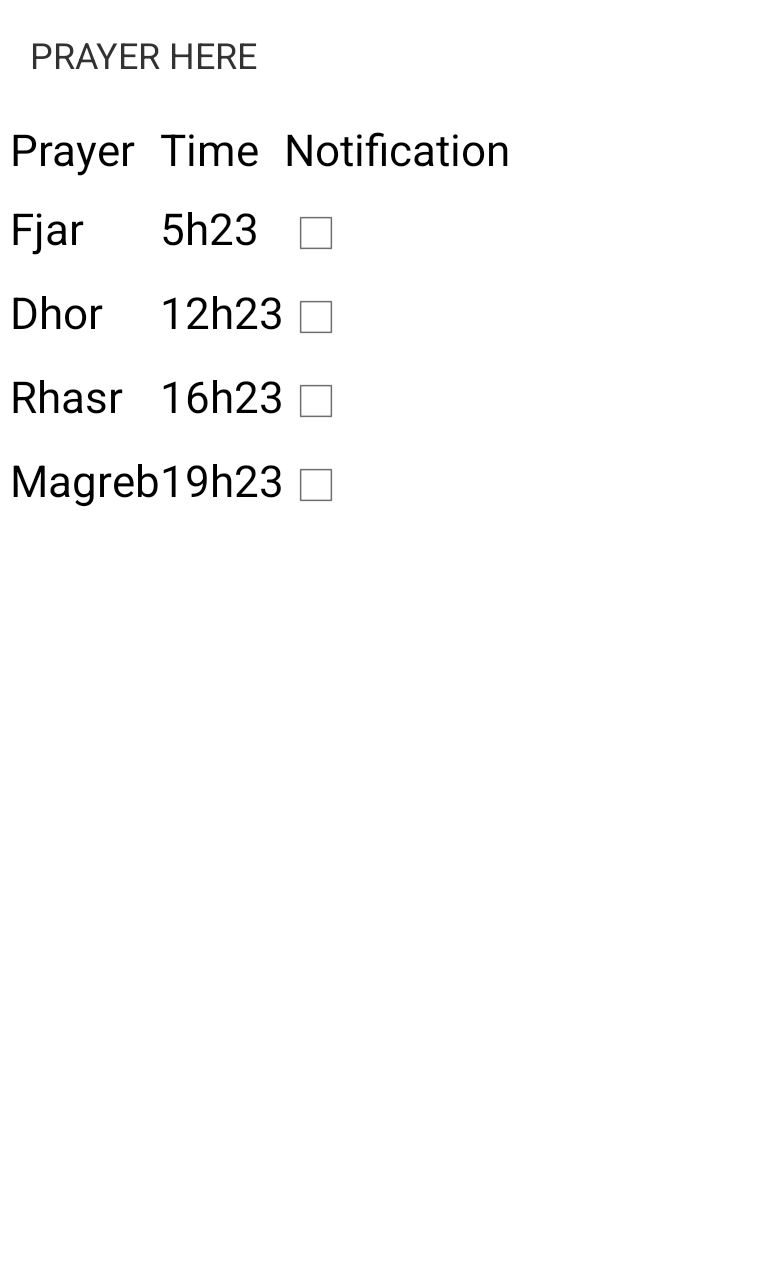
Repository: Osamah/Afstudeerwerk
Layout: NativeApp/SecondPillar/res/layout/activity_prayer.xml
These files come from the project's save history. The layout is drawn as it stood at one moment and after the next save; the edit follows.
It is drawn on a 768 x 1280 px phone screen (xhdpi) without system bars, with theme AppTheme; the app's code is not run.

Above is the layout before, as saved 2012-12-27 22:55:59.

### NativeApp/SecondPillar/res/layout/activity_prayer.xml
<?xml version="1.0" encoding="utf-8"?>
<LinearLayout
  xmlns:android="http://schemas.android.com/apk/res/android"
  android:orientation="vertical"
  android:layout_width="match_parent"
  android:layout_height="match_parent">

  <!-- Screen Design -->
  <TextView android:text="PRAYER HERE"
            android:padding="15dip"
            android:textSize="18dip"
            android:layout_width="fill_parent"
            android:layout_height="wrap_content"/>



  <TableLayout xmlns:android="http://schemas.android.com/apk/res/android"
    android:id="@+id/tblPrayer"
    android:layout_width="fill_parent"
    android:layout_height="fill_parent" >

  <!-- HEADER -->
 	<TableRow
        android:id="@+id/header"
        android:layout_width="wrap_content"
        android:layout_height="wrap_content"
        android:padding="5dip" >

        <TextView
            android:id="@+id/prayer1"
            android:text="Prayer"
            android:textAppearance="?android:attr/textAppearanceLarge" />

        <TextView
            android:id="@+id/prayerTime1"
            android:text="Time"
            android:textAppearance="?android:attr/textAppearanceLarge" />

     	<TextView
            android:id="@+id/prayerTime1"
            android:text="Notification"
            android:textAppearance="?android:attr/textAppearanceLarge" />

  	</TableRow>

 	<!-- PRAYER 1 -->
    <TableRow
        android:id="@+id/fjarRow"
        android:layout_width="wrap_content"
        android:layout_height="wrap_content"
        android:padding="5dip" >

        <TextView
            android:id="@+id/prayer1"
            android:text="Fjar"
            android:textAppearance="?android:attr/textAppearanceLarge" />

        <TextView
            android:id="@+id/prayerTime1"
            android:text="5h23"
            android:textAppearance="?android:attr/textAppearanceLarge" />

        <CheckBox
            android:id="@+id/prayerNotification1"
        />
  	</TableRow>

    <!-- PRAYER 2 -->
    <TableRow
        android:id="@+id/dhorRow"
        android:layout_width="wrap_content"
        android:layout_height="wrap_content"
        android:padding="5dip" >

        <TextView
            android:id="@+id/prayer2"
            android:text="Dhor"
            android:textAppearance="?android:attr/textAppearanceLarge" />

        <TextView
            android:id="@+id/prayerTime2"
            android:text="12h23"
            android:textAppearance="?android:attr/textAppearanceLarge" />

        <CheckBox
            android:id="@+id/prayerNotification2"
        />
  	</TableRow>

    <!-- PRAYER 3 -->
    <TableRow
        android:id="@+id/rhasrRow"
        android:layout_width="wrap_content"
        android:layout_height="wrap_content"
        android:padding="5dip" >

        <TextView
            android:id="@+id/prayer3"
            android:text="Rhasr"
            android:textAppearance="?android:attr/textAppearanceLarge" />

        <TextView
            android:id="@+id/prayerTime3"
            android:text="16h23"
            android:textAppearance="?android:attr/textAppearanceLarge" />

        <CheckBox
            android:id="@+id/prayerNotification3"
        />
  	</TableRow>

    <!-- PRAYER 4 -->
    <TableRow
        android:id="@+id/magrebRow"
        android:layout_width="wrap_content"
        android:layout_height="wrap_content"
        android:padding="5dip" >

        <TextView
            android:id="@+id/prayer4"
            android:text="Magreb"
            android:textAppearance="?android:attr/textAppearanceLarge" />

        <TextView
            android:id="@+id/prayerTime4"
            android:text="19h23"
            android:textAppearance="?android:attr/textAppearanceLarge" />

        <CheckBox
            android:id="@+id/prayerNotification4"
        />
  	</TableRow>

    </TableLayout>


</LinearLayout>

Loaded but not shown: NativeApp/SecondPillar/res/values/styles.xml (common file); NativeApp/SecondPillar/res/values-v11/styles.xml (common file); NativeApp/SecondPillar/res/values-v14/styles.xml (common file)

After the next save:
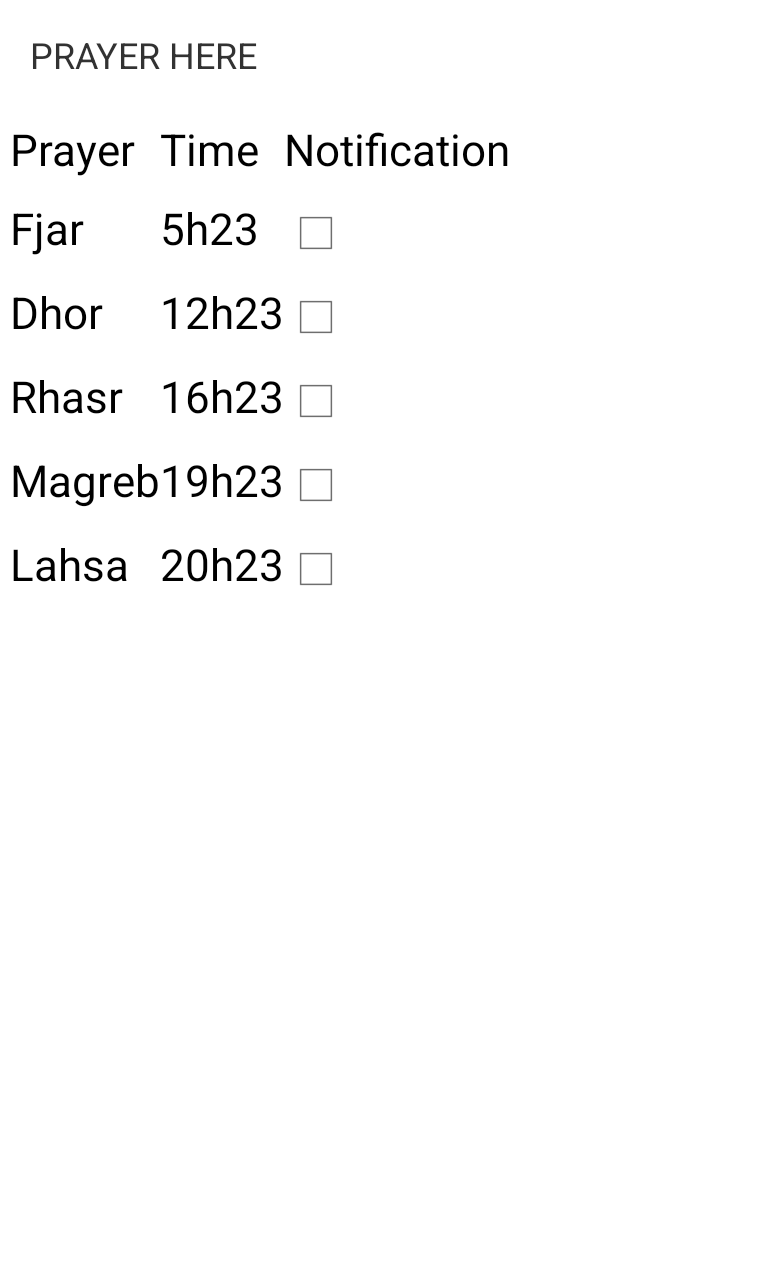
Saved 39 s later.
--- a/NativeApp/SecondPillar/res/layout/activity_prayer.xml
+++ b/NativeApp/SecondPillar/res/layout/activity_prayer.xml
@@ -131,6 +131,28 @@
         />
   	</TableRow>
 
+
+    <!-- PRAYER 5 -->
+    <TableRow
+        android:id="@+id/lahsaRow"
+        android:layout_width="wrap_content"
+        android:layout_height="wrap_content"
+        android:padding="5dip" >
+
+        <TextView
+            android:id="@+id/prayer5"
+            android:text="Lahsa"
+            android:textAppearance="?android:attr/textAppearanceLarge" />
+
+        <TextView
+            android:id="@+id/prayerTime5"
+            android:text="20h23"
+            android:textAppearance="?android:attr/textAppearanceLarge" />
+
+        <CheckBox
+            android:id="@+id/prayerNotification5"
+        />
+  	</TableRow>
     </TableLayout>
 
 
